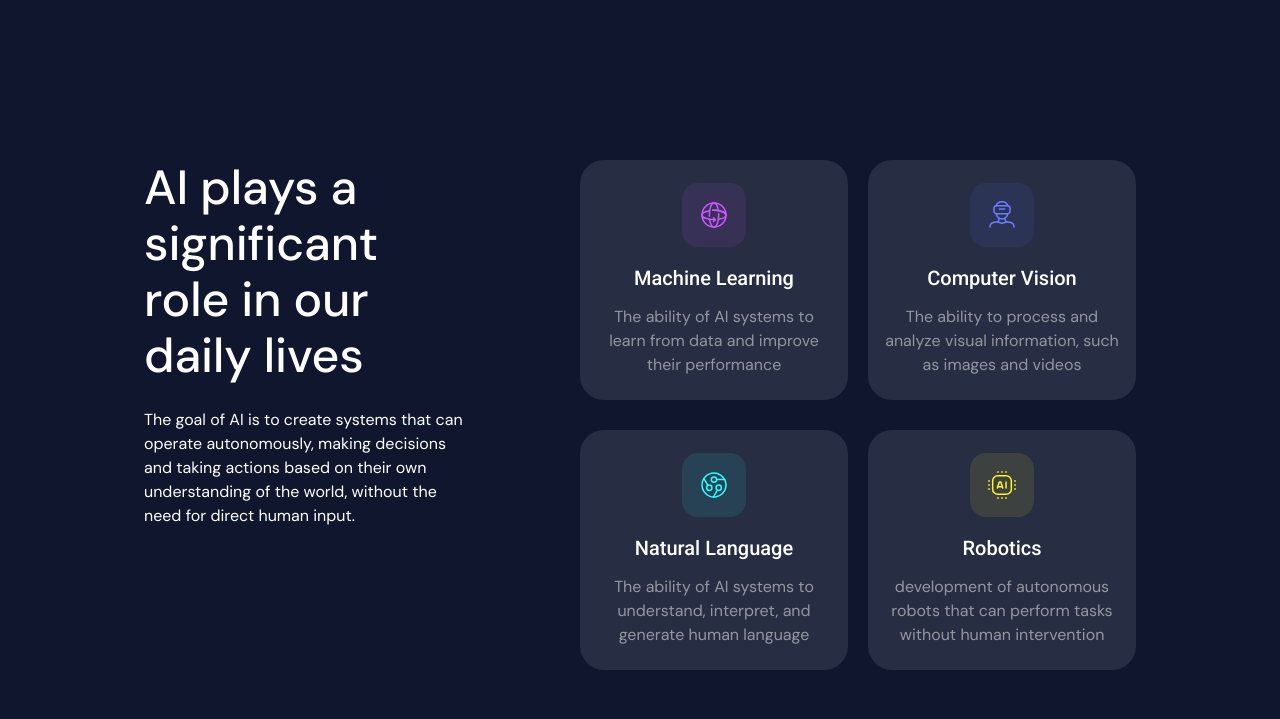
Repository: alphatra/INVO-Academy
Page: / (app in [lvl 1] Sekcja 4 obszarów AI/Starter-code/)
These files come from the project's save history. The page is drawn as it stood at one moment and after the next save; the edit follows.
The browser window is 1280 px wide. The pictures show the whole page.
The project was rebuilt for these pictures with package versions that can differ from the ones it lists, and the page was loaded fresh each time.

Above is the page before, as saved 2023-02-23 23:59:28.
Console error: TypeError: Cannot read properties of null (reading 'addEventListener')

### [lvl 1] Sekcja 4 obszarów AI/Starter-code/index.html
<!DOCTYPE html>
<html lang="en">

<head>
  <meta charset="UTF-8" />
  <link rel="icon" type="image/svg+xml" href="/vite.svg" />
  <meta name="viewport" content="width=device-width, initial-scale=1.0" />
  <title>INVO Academy JS Starter with Vite</title>
</head>

<!-- In order to start your challenge, remove all the content inside <div id="home-page"></div> and start coding :) -->

<body>
  <main>
    <section class="header">
      <div class="header__text">
        <h1>AI plays a significant role in our daily lives</h1>
        <span>The goal of AI is to create systems that can operate
          autonomously, making decisions and taking actions based on
          their own understanding of the world, without the need for direct human input.</span>
      </div>
    </section>

    <section class="categories">
      <div class="categories__category">
        <div class="categories__image">
          <img src="/public/images/ML.svg" alt="Machine Learning">
        </div>
        <h4>Machine Learning</h4>
        <span>The ability of AI systems to learn from data and improve their performance</span>
      </div>
      <div class="categories__category">
        <div class="categories__image">
          <img src="/public/images/CV.svg" alt="Computer Vision">
        </div>
        <h4>Computer Vision</h4>
        <span>The ability to process and analyze visual information, such as images and videos</span>
      </div>
      <div class="categories__category">
        <div class="categories__image">
          <img src="/public/images/NL.svg" alt="Natural Language">
        </div>
        <h4>Natural Language</h4>
        <span> The ability of AI systems to understand, interpret, and generate human language</span>
      </div>
      <div class="categories__category">
        <div class="categories__image">
          <img src="/public/images/AI.svg" alt="Robotics">
        </div>
        <h4>Robotics</h4>
        <span>development of autonomous robots that can perform tasks without human intervention</span>
      </div>
    </section>
  </main>


  <script type="module" src="/src/global-scripts/main.js"></script>
  <script type="module" src="/src/pages/home-page/scripts/home-page.js"></script>
</body>

</html>

### [lvl 1] Sekcja 4 obszarów AI/Starter-code/src/pages/home-page/scripts/home-page.js
/// Homepage JavaScript File
/// Here we import all the JavaScript files we need for our homepage.

import '../styles/home-page.scss'

import { setupCounter } from '../../../global-scripts/scripts/counter/counter.js'

setupCounter(document.querySelector('#counter'))

### [lvl 1] Sekcja 4 obszarów AI/Starter-code/src/global-styles/style.scss
/// Main Styles File
/// Here we import all the global Styles files we need for our project.

@import "styles/normalize.scss";
@import "styles/root.scss";
@import "styles/fonts.scss";

body {
  font-family: 'Roboto', sans-serif;
  color: var(--color-primary);
}

p {
  color: var(--color-on-surface);
}

### [lvl 1] Sekcja 4 obszarów AI/Starter-code/src/pages/home-page/styles/home-page.scss
    /// Homepage Styles File
    /// Here we import all the Styles files we need for our Homepage.

    body {
        background-color: #0F162D;
    }

    h1,
    p,
    span {
        font-family: 'DM Sans', sans-serif;
        color: white;
    }

    main {
        display: flex;
        flex-direction: row;
        justify-content: center;
        gap: 7em;
        margin-top: 8em;
    }

    .header {
        margin-left: 9em;
    }

    .header__text {
        &>h1 {
            font-size: 48px;
            line-height: 56px;
            font-weight: 500;
            letter-spacing: -0.002em;
            margin-bottom: 24px
        }

        &>span {
            font-size: 16px;
            line-height: 24px;
            font-weight: 400;
        }

    }

    .categories {
        display: grid;
        grid-template-columns: repeat(2, 1fr);
        grid-template-rows: repeat(2, minmax(100px, auto));
        grid-column-gap: 20px;
        row-gap: 30px;
        margin-right: 9em;
        margin-top: 2em;
    }

    .categories__category {
        display: flex;
        flex-direction: column;
        justify-content: center;
        background: #272D42;
        border-radius: 24px;
        text-align: center;
        color: white;
        width: 268px;
height: 240px;

        &>h4 {
            font-size: 20px;
            line-height: 0px;
            font-weight: 500;
        }

        &>span {
            font-size: 16px;
            line-height: 24px;
            font-weight: 400;
            opacity: 0.5;
            padding-left: 16px;
            padding-right: 16px;
        }
    }

    @media screen and (min-width: 768px) and (max-width: 1024px) {
        main {
        flex-direction: column;
        align-items: center;
        margin-top: 13em;
        gap: 1em;
        }

        .header {
            margin-left: 14em;
            margin-right: 14em;
        }
        .categories {
            margin-left: 14em;
        margin-right: 14em;
        grid-template-columns: repeat(2, 1fr);
        grid-template-rows: repeat(2, minmax(100px, auto));
        margin-top: 0;
        }

        .categories__category {

        }
    }

    @media screen and (max-width: 767px) {
        main {
        margin-top: 0;
        flex-direction: column;
        gap: 0;
        }

        .header {
            margin-left: 2em;
            margin-right: 2em;
        }

        .header__text {
            &>h1 {
                font-size: 32px;
                line-height: 40px;
            }

            &>span {
                font-weight: 400;
                font-size: 16px;
            }
        }

        .categories {
            margin-left: 2em;
            margin-right: 2em;
        grid-template-columns: 1fr;
        grid-template-rows: auto;
        }

        .catergoris__category {
            margin: auto;
            padding-left: 16px;
            padding-right: 16px;
            padding-bottom: 24px;

        }
    }

### [lvl 1] Sekcja 4 obszarów AI/Starter-code/src/global-scripts/scripts/counter/counter.js
/// Sample js file for demo purposes
/// Remember to always export your functions
/// so that they can be used in other files

export function setupCounter(element) {
  let counter = 0
  const setCounter = (count) => {
    counter = count
    element.innerHTML = `script test - count is ${counter}`
  }
  element.addEventListener('click', () => setCounter(counter + 1))
  setCounter(0)
}

### [lvl 1] Sekcja 4 obszarów AI/Starter-code/src/global-styles/styles/root.scss
/// Root Styles file
/// Here we define all the root variables we need for our project.
/// For examples see Material Design color system: https://m2.material.io/design/color/the-color-system.html

:root {
    --color-primary: #5721f2;
    --color-on-surface: #000;
}

### [lvl 1] Sekcja 4 obszarów AI/Starter-code/src/global-styles/styles/fonts.scss
/// Main Fonts File
/// Here we import all the fonts files we need for our project.

@import url('https://fonts.googleapis.com/css2?family=Roboto:ital,wght@0,100;0,300;0,400;0,500;0,700;0,900;1,100;1,300;1,400;1,500;1,700;1,900&display=swap');
@import url('https://fonts.googleapis.com/css2?family=DM+Sans:wght@400;500&display=swap');

Loaded but not shown: [lvl 1] Sekcja 4 obszarów AI/Starter-code/src/global-scripts/main.js (common file); [lvl 1] Sekcja 4 obszarów AI/Starter-code/src/global-styles/styles/normalize.scss (common file)

After the next save:
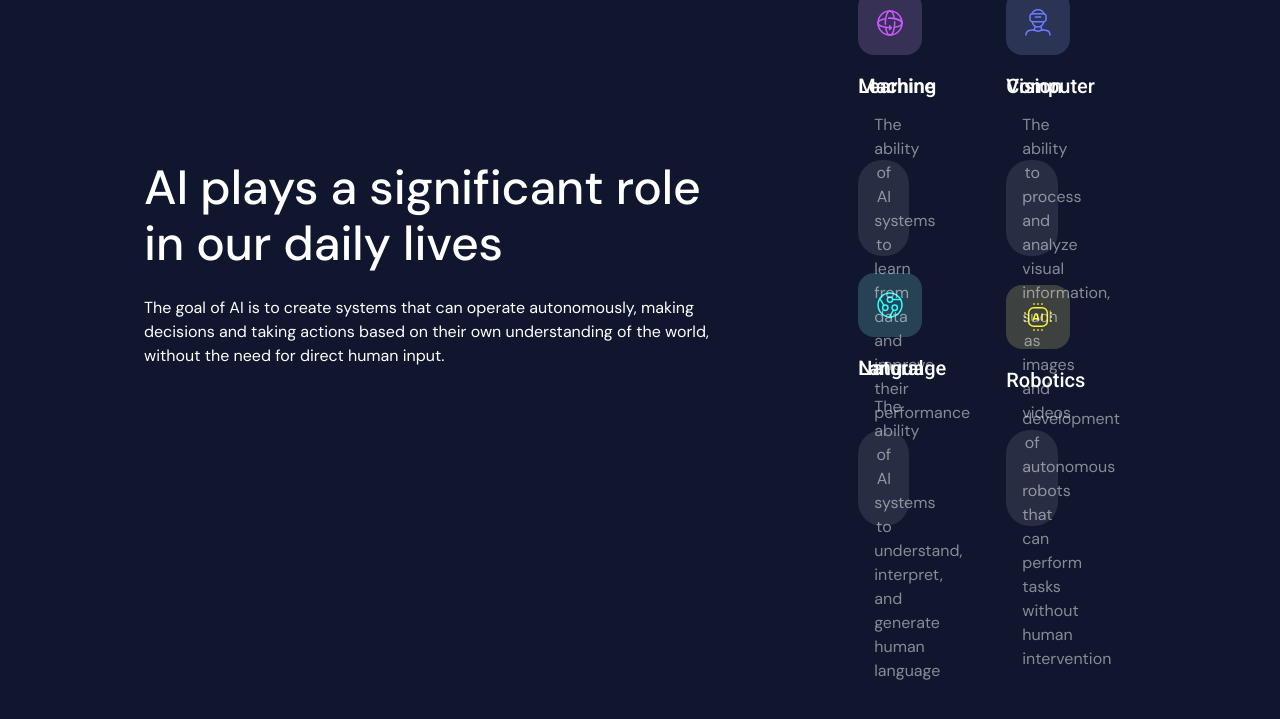
Saved 50 s later.
--- a/[lvl 1] Sekcja 4 obszarów AI/Starter-code/src/pages/home-page/styles/home-page.scss
+++ b/[lvl 1] Sekcja 4 obszarów AI/Starter-code/src/pages/home-page/styles/home-page.scss
@@ -59,8 +59,10 @@
         border-radius: 24px;
         text-align: center;
         color: white;
-        width: 268px;
-height: 240px;
+        width: 40%;
+  height: 40%;
+  max-width: 268px;
+  max-height: 240px;
 
         &>h4 {
             font-size: 20px;

After the save that followed:
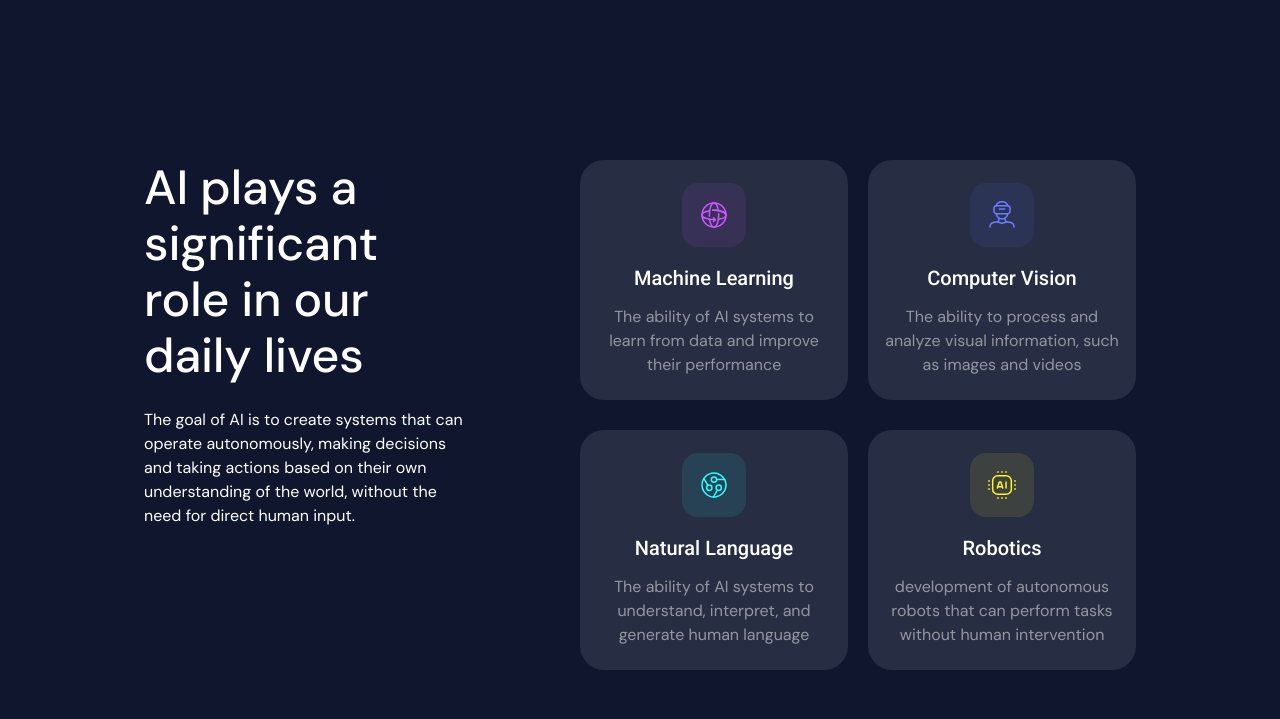
Saved 25 s later.
--- a/[lvl 1] Sekcja 4 obszarów AI/Starter-code/src/pages/home-page/styles/home-page.scss
+++ b/[lvl 1] Sekcja 4 obszarów AI/Starter-code/src/pages/home-page/styles/home-page.scss
@@ -60,9 +60,9 @@
         text-align: center;
         color: white;
         width: 40%;
-  height: 40%;
-  max-width: 268px;
-  max-height: 240px;
+        height: 40%;
+  min-width: 268px;
+  min-height: 240px;
 
         &>h4 {
             font-size: 20px;
